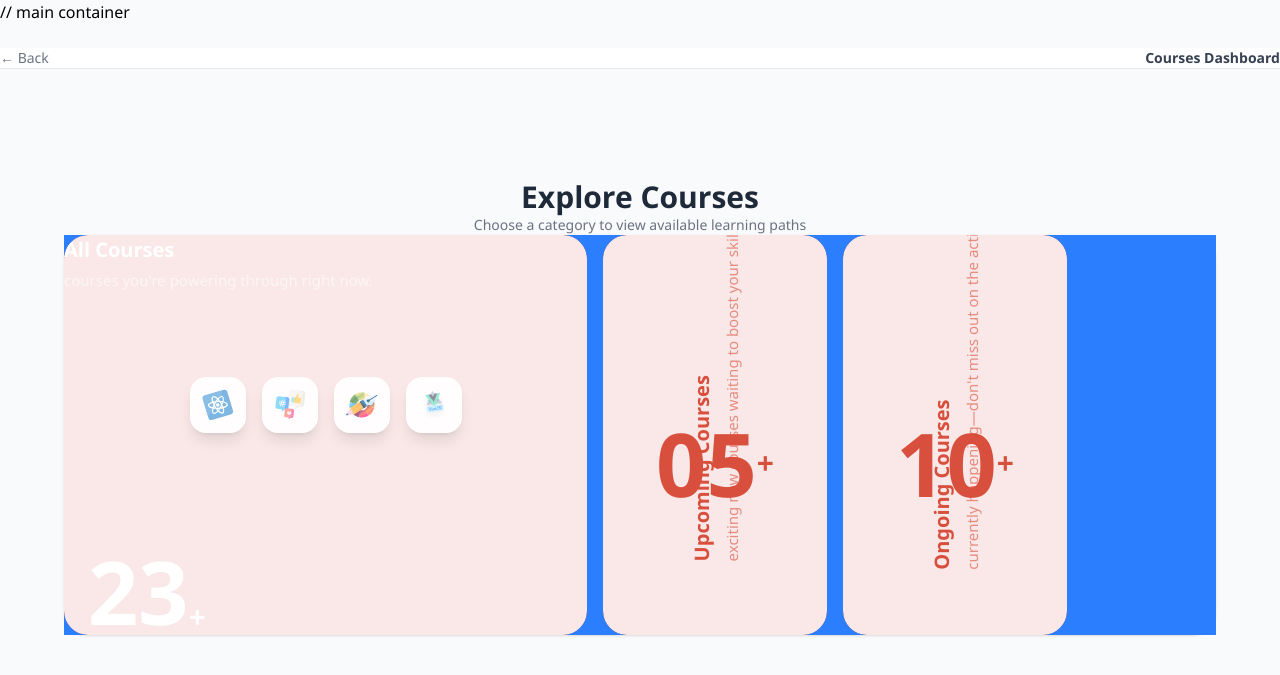
Repository: RahulRajKhadka/nextjs-dashboard-app
Page: /task2
These files come from the project's save history. The page is drawn as it stood at one moment and after the next save; the edit follows.
The browser window is 1280 px wide. The pictures show the whole page.
The project was rebuilt for these pictures with package versions that can differ from the ones it lists, and the page was loaded fresh each time. The framework's server and built-in components were replaced by stand-ins that run in the browser. Also part of the build but not shown: next.config.ts.

Above is the page before, as saved 2026-04-10 16:11:05.

### src/app/layout.tsx
import type { Metadata } from "next";
import "./globals.css";

export const metadata: Metadata = {
  title: "SkillShikshya Tasks",
  description: "Frontend & Logical Tasks",
};

export default function RootLayout({
  children,
}: {
  children: React.ReactNode;
}) {
  return (
    <html lang="en">
      <body>{children}</body>
    </html>
  );
}

### src/app/task2/page.tsx
"use client";
import dynamic from "next/dynamic";
import Link from "next/link";

const CourseCards = dynamic(() => import("@/components/task2/CourseCards"), {
  loading: () => (
    <div className="flex items-center justify-center h-[300px] text-gray-400 text-sm">
      Loading courses...
    </div>
  ),
  ssr: false,
});

export default function Task2Page() {
  return (
    <main className="min-h-screen bg-gray-50 flex flex-col gap-6 "> // main container

      {/* Top Bar */}
      <div className="flex items-center justify-between px-6 md:px-10 py-4 border-b border-gray-200 bg-white">
        <Link
          href="/"
          className="text-sm text-gray-500 hover:text-gray-900 transition-colors"
        >
          ← Back
        </Link>

        <span className="text-sm font-semibold text-gray-700">
          Courses Dashboard
        </span>
      </div>

      {/* Centered Content */}
      <div className="flex-1 flex items-center justify-center px-4 py-10">

        <div className="w-full max-w-6xl">

          {/* Heading */}
          <div className="mb-8 text-center mt-10">
            <h1 className="text-3xl font-bold text-gray-800">
              Explore Courses
            </h1>
            <p className="text-gray-500 text-sm mt-2">
              Choose a category to view available learning paths
            </p>
          </div>

          {/* Cards */}
          <div className="bg-white rounded-3xl shadow-sm p-4 md:p-6">
            <CourseCards />
          </div>

        </div>

      </div>
    </main>
  );
}

### src/app/globals.css
@import "tailwindcss";

* {
  margin: 0;
  padding: 0;
  box-sizing: border-box;
}

html {
  scroll-behavior: smooth;
}

body {
  font-family: "Segoe UI", sans-serif;
  background-color: #f5f5f5;
}

.vertical-text {
  writing-mode: vertical-rl;
  transform: rotate(180deg);
}

### src/components/task2/CourseCards.tsx
"use client";

import { useState, useRef, useLayoutEffect } from "react";
import CourseCard from "./CourseCard";
import { courseCardsData } from "./courseCardsData";
import gsap from "gsap";

export default function CourseCards() {
  const [expandedId, setExpandedId] = useState<number>(1);
  const [directionMap, setDirectionMap] = useState<Map<number, "left" | "right">>(new Map());

  const cardRefs = useRef<(HTMLDivElement | null)[]>([]);
  const labelRefs = useRef<(HTMLDivElement | null)[]>([]); // Store label refs
  const numberRefs = useRef<(HTMLDivElement | null)[]>([]); // Store number refs
  const containerRef = useRef<HTMLDivElement>(null);
  const expandedWidth = useRef(0);
  const collapsedWidth = useRef(0);
  const isAnimating = useRef(false);

  useLayoutEffect(() => {
    const container = containerRef.current;
    if (!container) return;

    const totalWidth = container.clientWidth;
    const gap = 16;
    const totalGap = gap * (courseCardsData.length - 1);
    const unit = (totalWidth - totalGap) / courseCardsData.length;

    expandedWidth.current = unit * 1.4;
    collapsedWidth.current = unit * 0.6;

    const initialDirectionMap = new Map<number, "left" | "right">();
    courseCardsData.forEach((course, index) => {
      const initialDirection = index === 0 ? "right" : "left";
      initialDirectionMap.set(course.id, initialDirection);
    });
    setDirectionMap(initialDirectionMap);

    cardRefs.current.forEach((el, i) => {
      if (el) {
        gsap.set(el, {
          width: courseCardsData[i].id === 1 ? expandedWidth.current : collapsedWidth.current,
        });
      }
    });
  }, []);

  const getDirectionForCard = (clickedId: number, currentExpandedId: number): "left" | "right" => {
    const clickedIndex = courseCardsData.findIndex((c) => c.id === clickedId);
    const expandedIndex = courseCardsData.findIndex((c) => c.id === currentExpandedId);

    if (clickedIndex === 0) return "right";
    if (clickedIndex === courseCardsData.length - 1) return "left";

    if (clickedIndex < expandedIndex) return "right";
    return "left";
  };

  const handleCardClick = (courseId: number) => {
    if (courseId === expandedId || isAnimating.current) return;

    const newDirection = getDirectionForCard(courseId, expandedId);
    const prevIndex = courseCardsData.findIndex((c) => c.id === expandedId);
    const newIndex = courseCardsData.findIndex((c) => c.id === courseId);

    isAnimating.current = true;

    const tl = gsap.timeline({
      onComplete: () => {
        isAnimating.current = false;
      },
    });

    setDirectionMap(prev => {
      const newMap = new Map(prev);
      newMap.set(courseId, newDirection);
      return newMap;
    });

    // Get label and number elements for animation
    const oldLabel = labelRefs.current[prevIndex];
    const newLabel = labelRefs.current[newIndex];
    const oldNumber = numberRefs.current[prevIndex];
    const newNumber = numberRefs.current[newIndex];
    const courseData = courseCardsData[newIndex];

    // Animate old card collapse
    tl.to(cardRefs.current[prevIndex], {
      width: collapsedWidth.current,
      duration: 0.5,
      ease: "power3.inOut",
    }, 0);

    // Animate old label back to collapsed state
    if (oldLabel) {
      tl.to(oldLabel, {
        rotation: -90,
        x: 0,
        y: 0,
        color: courseData.textColor,
        duration: 0.5,
        ease: "power2.inOut",
      }, 0);
    }

    // Animate old number color
    if (oldNumber) {
      tl.to(oldNumber, {
        color: courseData.textColor,
        duration: 0.3,
      }, 0);
    }

    // Update expanded ID mid-timeline
    tl.call(() => {
      setExpandedId(courseId);
    }, null, 0.25);

    // Animate new card expansion
    tl.to(cardRefs.current[newIndex], {
      width: expandedWidth.current,
      duration: 0.5,
      ease: "power3.inOut",
    }, 0.25);

    // Animate new label to expanded position
    if (newLabel && newNumber) {
      const labelRect = newLabel.getBoundingClientRect();
      const numberRect = newNumber.getBoundingClientRect();

      const targetX = numberRect.right + 16 - (labelRect.left + labelRect.width / 2);
      const targetY = numberRect.bottom - labelRect.height / 2 - labelRect.top - labelRect.height / 2;

      tl.fromTo(newLabel,
        {
          rotation: -90,
          x: 0,
          y: 0,
          color: courseData.textColor,
        },
        {
          rotation: 0,
          x: targetX,
          y: targetY,
          color: "#ffffff",
          duration: 0.5,
          ease: "back.out(0.3)",
        }, 0.25
      );
    }

    // Animate new number color
    if (newNumber) {
      tl.to(newNumber, {
        color: "#ffffff",
        duration: 0.3,
      }, 0.4);
    }
  };

  return (
    <div ref={containerRef} className="flex  gap-4 box-border w-full my-8 bg-blue-500  min-h-[200px] md:min-h-[200px] lg:min-h-[400px] ">
      {courseCardsData.map((course, i) => (
        <div
          key={course.id}
          ref={(el) => {
            cardRefs.current[i] = el;
          }}
          className="shrink-0 overflow-hidden my-auto rounded-3xl"
        >
          <CourseCard
            course={course}
            isExpanded={expandedId === course.id}
            direction={directionMap.get(course.id) || (i === 0 ? "right" : "left")}
            isLeftmost={i === 0}
            onClick={() => handleCardClick(course.id)}
            labelRef={(el) => { labelRefs.current[i] = el; }}
            numberRef={(el) => { numberRefs.current[i] = el; }}
          />
        </div>
      ))}
    </div>
  );
}

### src/components/task2/CourseCard.tsx
"use client";

import Image from "next/image";
import { useRef, useLayoutEffect } from "react";
import { CourseCard as CourseCardType } from "@/types";
import gsap from "gsap";

interface Props {
  course: CourseCardType;
  isExpanded: boolean;
  onClick: () => void;
  direction: "left" | "right";
  isLeftmost?: boolean;
}

export default function CourseCard({
  course,
  isExpanded,
  onClick,
  direction,
  isLeftmost = false,
}: Props) {
  const numberRef = useRef<HTMLDivElement>(null);
  const collapsedLabelRef = useRef<HTMLDivElement>(null);
  const iconsRef = useRef<(HTMLSpanElement | null)[]>([]);
  const topbarRef = useRef<HTMLDivElement>(null);
  const expandedViewRef = useRef<HTMLDivElement>(null);
  const circleRef = useRef<HTMLDivElement>(null);

  useLayoutEffect(() => {
    if (!numberRef.current || !collapsedLabelRef.current) return;

    if (isExpanded) {
      const tl = gsap.timeline();

      gsap.set(expandedViewRef.current, { display: "grid" });

      const labelRect = collapsedLabelRef.current.getBoundingClientRect();
      const numberRect = numberRef.current.getBoundingClientRect();

      const targetX = numberRect.right + 16 - (labelRect.left + labelRect.width / 2);
      const targetY = numberRect.bottom - labelRect.height / 2 - labelRect.top - labelRect.height / 2;

      tl.to(circleRef.current, {
        clipPath: "circle(0% at 0% 100%)",
        duration: 1,
        ease: "power3.inOut",
      }, 0);

      tl.fromTo(collapsedLabelRef.current,
        {
          rotation: -90,
          x: 0,
          y: 0,
          color: course.textColor,
        },
        {
          rotation: 0,
          x: targetX,
          y: targetY,
          color: "#ffffff",
          duration: 0.8,
          ease: "back.out(0.3)",
        }, 0
      );

      tl.to(numberRef.current, {
        color: "#ffffff",
        duration: 0.4,
      }, 0.2);

      const topbarFromX = direction === "left" ? 60 : -60;
      tl.fromTo(topbarRef.current,
        { opacity: 0, y: -15, x: topbarFromX },
        {
          opacity: 1,
          y: 0,
          x: 0,
          duration: 0.5,
          ease: "power2.out",
        }, 0.3
      );

      const iconsFromX = direction === "left" ? 120 : -120;
      gsap.set(iconsRef.current, { x: iconsFromX, opacity: 0 });
      iconsRef.current.forEach((icon, i) => {
        tl.to(icon, {
          x: 0,
          opacity: 1,
          duration: 0.4,
          ease: "power2.out",
        }, 0.4 + i * 0.08);
      });

    } else {
      const tl = gsap.timeline();

      tl.to(circleRef.current, {
        clipPath: "circle(130% at 0% 80%)",
        duration: 0.8,
        ease: "power3.inOut",
      }, 0);

      tl.to(collapsedLabelRef.current, {
        rotation: -90,
        x: 0,
        y: 0,
        color: course.textColor,
        duration: 0.6,
        ease: "power2.inOut",
      }, 0);

      tl.to(numberRef.current, {
        color: course.textColor,
        duration: 0.3,
      }, 0.1);

      tl.set(expandedViewRef.current, {
        display: "none"
      }, 0.3);

      tl.set(iconsRef.current, {
        clearProps: "x,opacity"
      }, 0.4);

      tl.set(topbarRef.current, {
        clearProps: "x,y,opacity"
      }, 0.4);
    }
  }, [isExpanded, direction, course.textColor]);

  return (
    <div
      onClick={onClick}
      className="relative rounded-3xl overflow-hidden cursor-pointer h-full w-full"
      style={{ backgroundColor: course.bgExpanded }}
    >
      {/* Background circle */}
      <div
        ref={circleRef}
        className="absolute inset-0 z-[1]"
        style={{
          backgroundColor: course.bg,
          clipPath: "circle(150% at 0% 100%)",
        }}
      />

      {/* ========== COLLAPSED STATE: Flex Column with Label (rotated) + Number ========== */}
      {!isExpanded && (
        <div className="absolute inset-0 z-[3] flex flex-col items-center justify-center pointer-events-none">
          {/* LABEL - rotated -90°, centered in column */}
          <div
            ref={collapsedLabelRef}
            className="flex flex-col gap-1 mb-8"
            style={{
              transform: "rotate(-90deg)",
              transformOrigin: "center center",
              color: course.textColor
            }}
          >
            <span className="font-bold text-[20px] whitespace-nowrap" style={{ color: "inherit" }}>
              {course.label}
            </span>
            <p className="text-[15px] opacity-60 whitespace-nowrap" style={{ color: "inherit" }}>
              {course.sublabel}
            </p>
          </div>

          {/* NUMBER - below label, centered in column */}
          <div
            ref={numberRef}
            className="flex items-center justify-center"
            style={{ color: course.textColor }}
          >
            <span
              className="font-black leading-none"
              style={{
                fontSize: "clamp(3.5rem,7vw,5.5rem)",
                color: "inherit",
              }}
            >
              {String(course.count).padStart(2, "0")}
            </span>
            <span className="font-black text-3xl mb-2 ml-1" style={{ color: "inherit" }}>
              +
            </span>
          </div>
        </div>
      )}

      {/* ========== EXPANDED STATE: Number at bottom-left, Label animates ========== */}
      {isExpanded && (
        <>
          {/* Number - bottom-left position during expanded state */}
          <div className="absolute bottom-0 left-6 z-[3] flex items-end p-4 pointer-events-none">
            <div className="flex items-end" style={{ color: "#ffffff" }}>
              <span
                className="font-black leading-none"
                style={{
                  fontSize: "clamp(3.5rem,7vw,5.5rem)",
                }}
              >
                {String(course.count).padStart(2, "0")}
              </span>
              <span className="font-black text-3xl mb-2 ml-1">
                +
              </span>
            </div>
          </div>

          {/* Label - will be animated by GSAP */}
          <div
            ref={collapsedLabelRef}
            className="absolute z-[4] flex flex-col gap-1 pointer-events-none"
            style={{ color: "#ffffff" }}
          >
            <span className="font-bold text-[20px] whitespace-nowrap">
              {course.label}
            </span>
            <p className="text-[15px] opacity-60 whitespace-nowrap">
              {course.sublabel}
            </p>
          </div>
        </>
      )}

      {/* EXPANDED VIEW — topbar + icons only */}
      <div
        ref={expandedViewRef}
        className="absolute inset-0 z-[2] p-5"
        style={{
          display: isExpanded ? "grid" : "none",
          gridTemplateRows: "auto 1fr auto",
        }}
      >
        <div ref={topbarRef} className="flex justify-end mt-40 opacity-0">
          <span className="text-white/80 text-sm font-medium tracking-wide">
            View all Courses →
          </span>
        </div>

        <div className="flex gap-4 items-center justify-center">
          {course.icons?.map((iconPath, i) => (
            <span
              key={i}
              ref={(el) => (iconsRef.current[i] = el)}
              className="w-14 h-14 rounded-2xl bg-white/90 backdrop-blur-sm flex items-center justify-center shadow-lg"
            >
              <Image src={iconPath} alt="" width={32} height={32} className="opacity-80" />
            </span>
          ))}
        </div>

        <div className="h-20" />
      </div>
    </div>
  );
}

### src/components/task2/courseCardsData.ts
import { CourseCard } from "@/types";

export const courseCardsData: CourseCard[] = [
  {
    id: 1,
    count: "23",
    label: "All Courses",
    sublabel: "courses you're powering through right now.",
    bg: "#F9E8E7",        // ← was "#D94F3D", should be light pink
    textColor: "#D94F3D",  // ← was "white", red for collapsed state
    bgExpanded: "#D94F3D",
    icons: ["/images/react.svg", "/images/likes.svg", "/images/design.svg", "/images/view.svg"],
  },
  {
    id: 2,
    count: "05",
    label: "Upcoming Courses",
    sublabel: "exciting new courses waiting to boost your skills.",
    bg: "#F9E8E7",
    textColor: "#D94F3D",
    bgExpanded: "#D94F3D",
    icons: ["/images/react.svg", "/images/likes.svg", "/images/design.svg", "/images/view.svg"],
  },
  {
    id: 3,
    count: "10",
    label: "Ongoing Courses",
    sublabel: "currently happening—don't miss out on the action!",
    bg: "#F9E8E7",
    textColor: "#D94F3D",
    bgExpanded: "#D94F3D",
    icons: ["/images/react.svg", "/images/likes.svg", "/images/design.svg", "/images/view.svg"],
  },
];

After the next save:
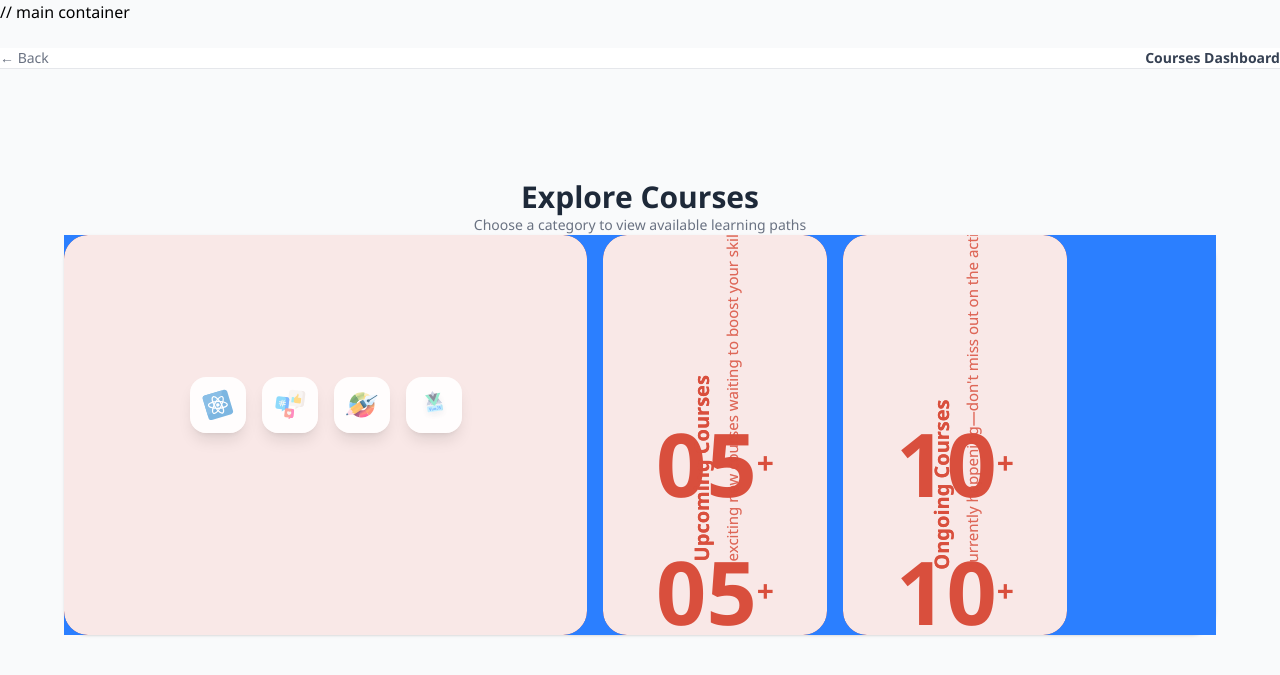
Saved 95 s later.
--- a/src/components/task2/CourseCard.tsx
+++ b/src/components/task2/CourseCard.tsx
@@ -188,42 +188,50 @@ export default function CourseCard({
         </div>
       )}
 
-      {/* ========== EXPANDED STATE: Number at bottom-left, Label animates ========== */}
-      {isExpanded && (
-        <>
-          {/* Number - bottom-left position during expanded state */}
-          <div className="absolute bottom-0 left-6 z-[3] flex items-end p-4 pointer-events-none">
-            <div className="flex items-end" style={{ color: "#ffffff" }}>
-              <span
-                className="font-black leading-none"
-                style={{
-                  fontSize: "clamp(3.5rem,7vw,5.5rem)",
-                }}
-              >
-                {String(course.count).padStart(2, "0")}
-              </span>
-              <span className="font-black text-3xl mb-2 ml-1">
-                +
-              </span>
-            </div>
-          </div>
-
-          {/* Label - will be animated by GSAP */}
-          <div
-            ref={collapsedLabelRef}
-            className="absolute z-[4] flex flex-col gap-1 pointer-events-none"
-            style={{ color: "#ffffff" }}
-          >
-            <span className="font-bold text-[20px] whitespace-nowrap">
-              {course.label}
-            </span>
-            <p className="text-[15px] opacity-60 whitespace-nowrap">
-              {course.sublabel}
-            </p>
-          </div>
-        </>
-      )}
-
+    {!isExpanded && (
+  <div className="absolute inset-0 z-[3] flex flex-col items-center justify-between pointer-events-none py-8">
+    {/* Top spacer - pushes content down */}
+    <div></div>
+
+    {/* LABEL - centered area */}
+    <div
+      ref={collapsedLabelRef}
+      className="flex flex-col gap-1"
+      style={{
+        transform: "rotate(-90deg)",
+        transformOrigin: "center center",
+        color: course.textColor
+      }}
+    >
+      <span className="font-bold text-[20px] whitespace-nowrap" style={{ color: "inherit" }}>
+        {course.label}
+      </span>
+      <p className="text-[15px] opacity-60 whitespace-nowrap" style={{ color: "inherit" }}>
+        {course.sublabel}
+      </p>
+    </div>
+
+    {/* NUMBER - at bottom */}
+    <div
+      ref={numberRef}
+      className="flex items-center justify-center mb-4"
+      style={{ color: course.textColor }}
+    >
+      <span
+        className="font-black leading-none"
+        style={{
+          fontSize: "clamp(3.5rem,7vw,5.5rem)",
+          color: "inherit",
+        }}
+      >
+        {String(course.count).padStart(2, "0")}
+      </span>
+      <span className="font-black text-3xl mb-2 ml-1" style={{ color: "inherit" }}>
+        +
+      </span>
+    </div>
+  </div>
+)}
       {/* EXPANDED VIEW — topbar + icons only */}
       <div
         ref={expandedViewRef}
